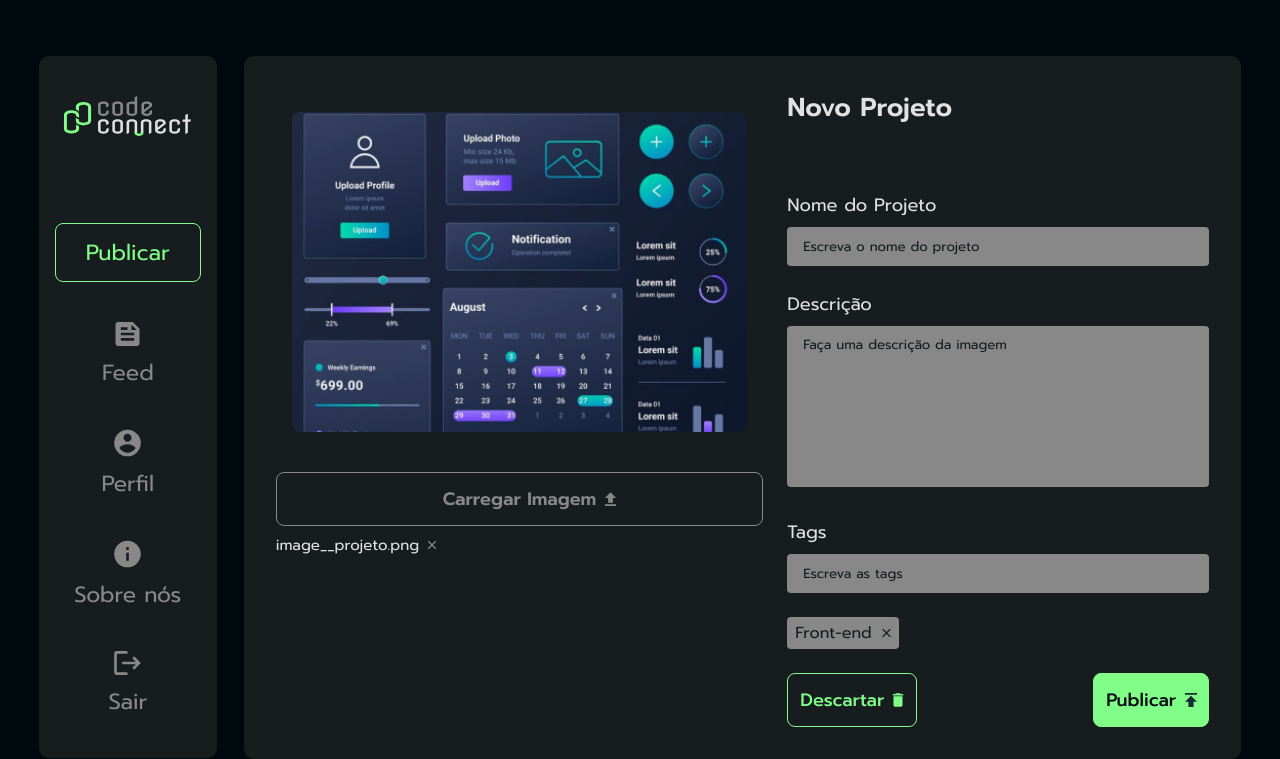
Repository: joaoPraiaJunior/async_await
Page: index.html
These files come from the project's save history. The page is drawn as it stood at one moment and after the next save; the edit follows.
The browser window is 1280 px wide. The pictures show the whole page.

Above is the page before, as saved 2024-08-26 20:43:30.

After the next save:
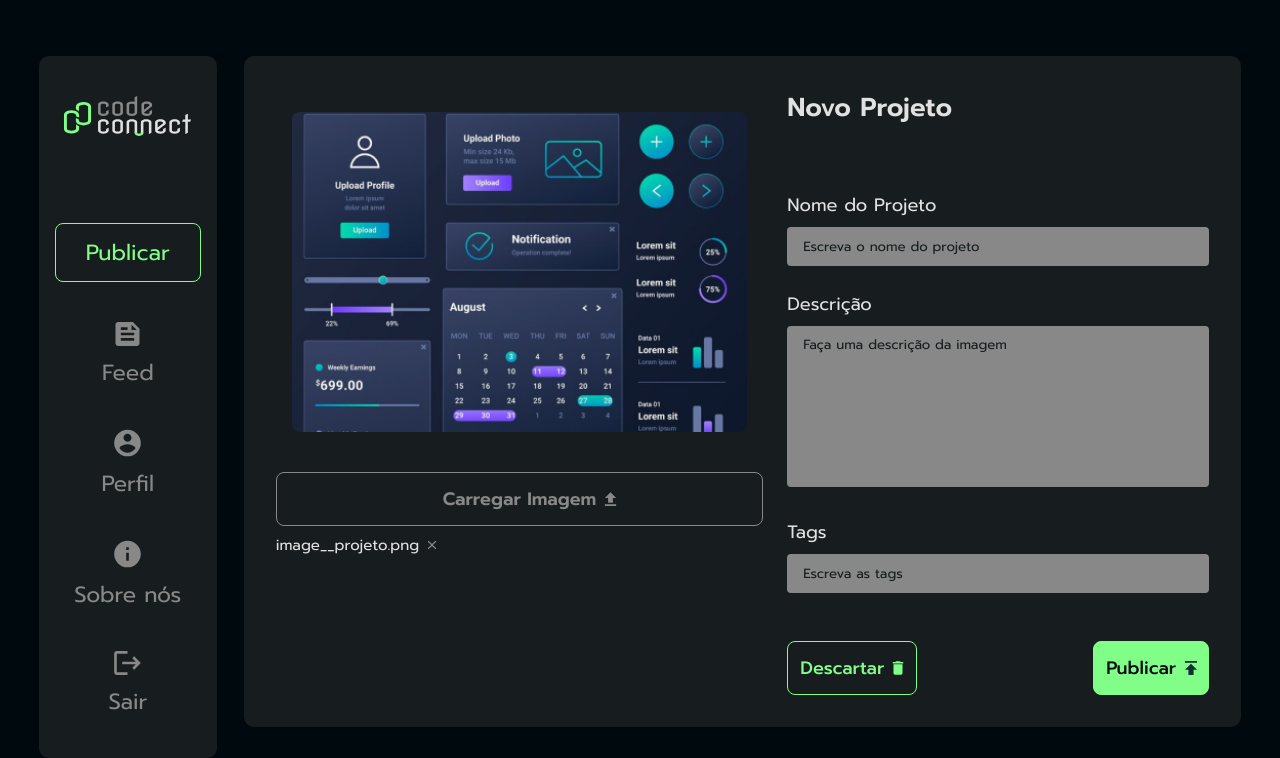
Saved 66 s later.
--- a/index.html
+++ b/index.html
@@ -63,10 +63,6 @@
                 </div>
 
                 <ul class="c-formulario__lista" data-js="formulario-lista-tags">
-                    <li class="c-formulario__lista-tags">
-                        <p>Front-end</p>
-                        <img src="./img/close-black.svg" alt>
-                    </li>
                 </ul>
 
                 <div class="c-formulario__botoes">
